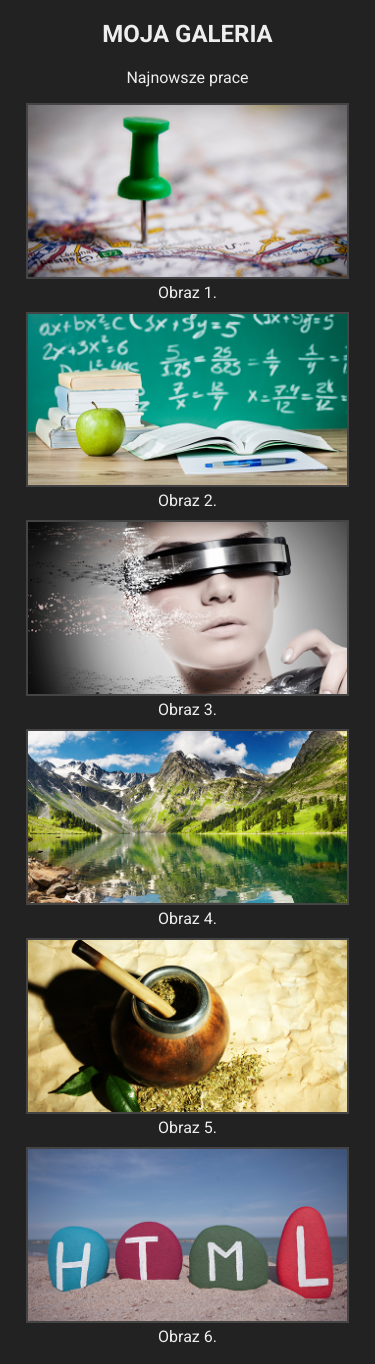
Repository: magdaf41/CSS
Page: zadanie_8/index.html
The author's editor kept a copy of each file at every save. The page is drawn from the files as they stood at one save, then again after the next save.
The browser window is 375 px wide. The pictures show the whole page.

Above is the page before, as saved 2020-08-23 19:06:25.

### zadanie_8/index.html
<!DOCTYPE html>
<html lang="en">
<head>
	<meta charset="UTF-8">
	<meta name="viewport" content="width=device-width, initial-scale=1.0">
	<title>Responsive galery</title>

	<link href="https://fonts.googleapis.com/css?family=Roboto:100,300,400,500,700" rel="stylesheet">

	<link rel="stylesheet" href="css/responsive.css">
</head>
<body>
	<section id="gallery">
		<header>
			<h2>Moja galeria</h2>
			<p>Najnowsze prace</p>
		</header>
		<figure>
			<img src="img/image1.jpg" alt="image 1">
			<figcaption>Obraz 1.</figcaption>
		</figure>
		<figure>
			<img src="img/image2.jpg" alt="image 2">
			<figcaption>Obraz 2.</figcaption>
		</figure>
		<figure>
			<img src="img/image3.jpg" alt="image 3">
			<figcaption>Obraz 3.</figcaption>
		</figure>
		<figure>
			<img src="img/image4.jpg" alt="image 4">
			<figcaption>Obraz 4.</figcaption>
		</figure>
		<figure>
			<img src="img/image5.jpg" alt="image 5">
			<figcaption>Obraz 5.</figcaption>
		</figure>
		<figure>
			<img src="img/image6.jpg" alt="image 6">
			<figcaption>Obraz 6.</figcaption>
		</figure>
	</section>
</body>
</html>

### zadanie_8/css/responsive.css
* {
	box-sizing: border-box;
}

body {
	font-family: 'Roboto', sans-serif;
	background-color: #222;
	color: #eee;
}

h2 {
	text-transform: uppercase;
}

#gallery {
	width: 90%;
	margin: 0 auto;
	text-align: center;
}

figure {
	display: inline-block;
	width: 33%;
	margin: 0;
	margin-bottom: 10px;
}

figure figcaption {
	text-align: center;
}

figure img{
	width: 100%;
	border: 2px solid #444;
}

@media screen and (max-width: 992px){
    figure{
        width: 49%;
    }
}

@media screen and (max-width: 768px){
    figure{
        width: 100%;
    }
}

After the next save:
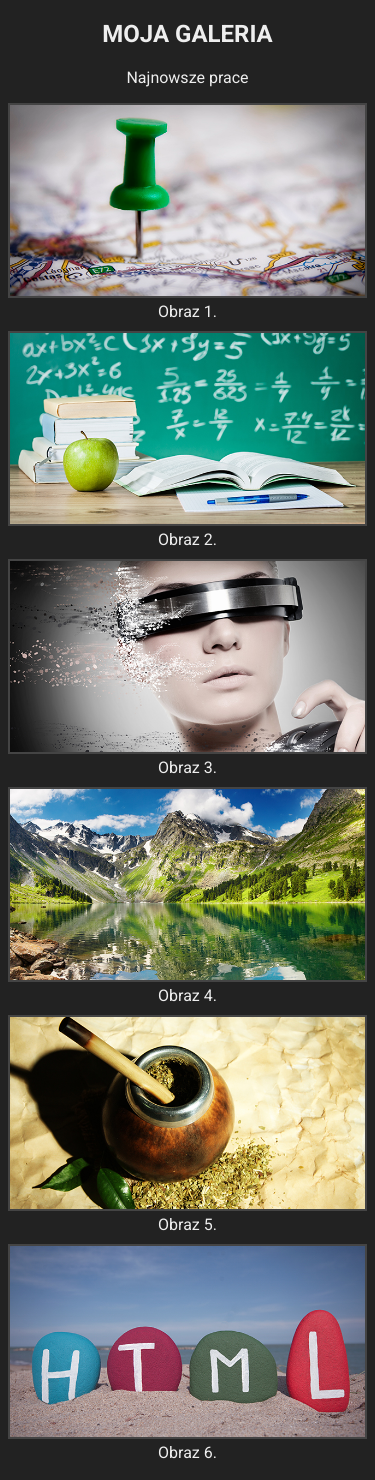
Saved 91 s later.
--- a/zadanie_8/css/responsive.css
+++ b/zadanie_8/css/responsive.css
@@ -45,3 +45,9 @@
         width: 100%;
     }
 }
+
+@media screen and (max-width: 480px){
+    #gallery{
+        width: 100%;
+    }
+}

After the save that followed:
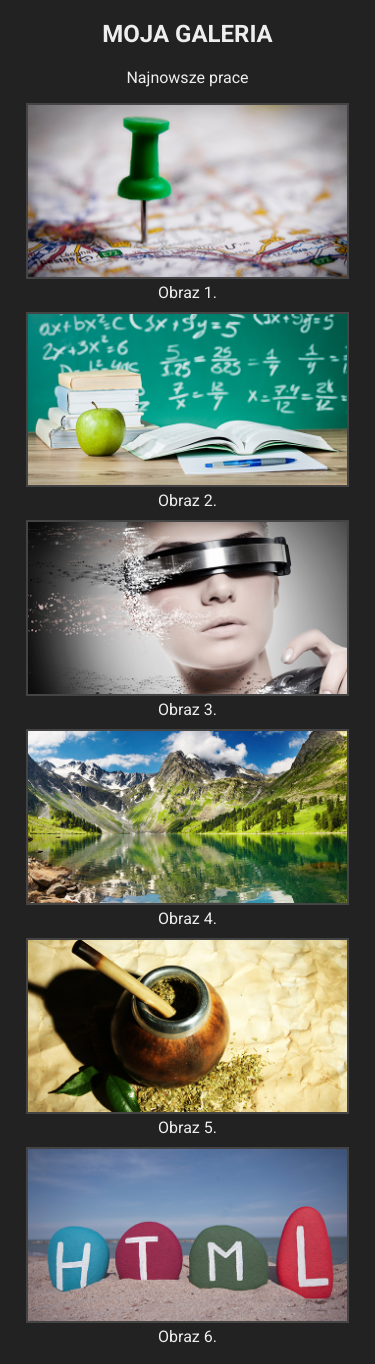
Saved 57 s later.
--- a/zadanie_8/css/responsive.css
+++ b/zadanie_8/css/responsive.css
@@ -45,9 +45,3 @@
         width: 100%;
     }
 }
-
-@media screen and (max-width: 480px){
-    #gallery{
-        width: 100%;
-    }
-}
